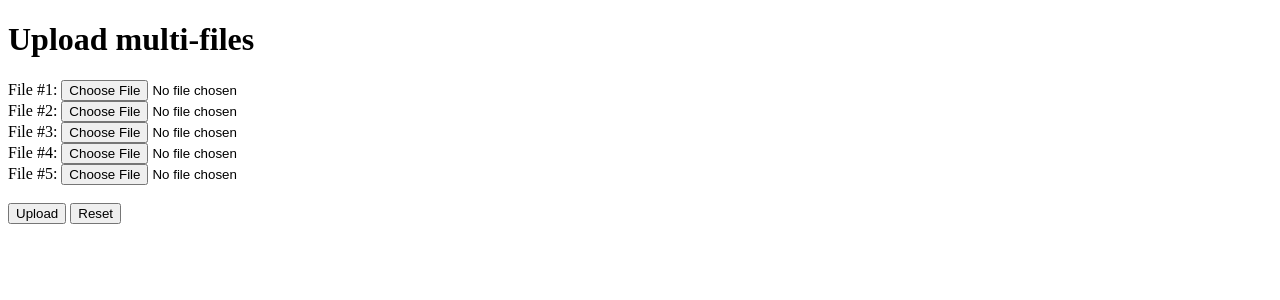
Repository: EchhOpp/Lab-WWW-JAVA-IUH
Page: NguyenThanhLuan_21123021_Tuan02/21123021_NguyenThanhLuan_Tuan02/src/main/webapp/index.html
An editor plug-in stored every save of this project. The page is shown before and after the next save, followed by the edit.
The browser window is 1280 px wide. The pictures show the whole page.

Above is the page before, as saved 2024-08-28 07:20:29.

After the next save:
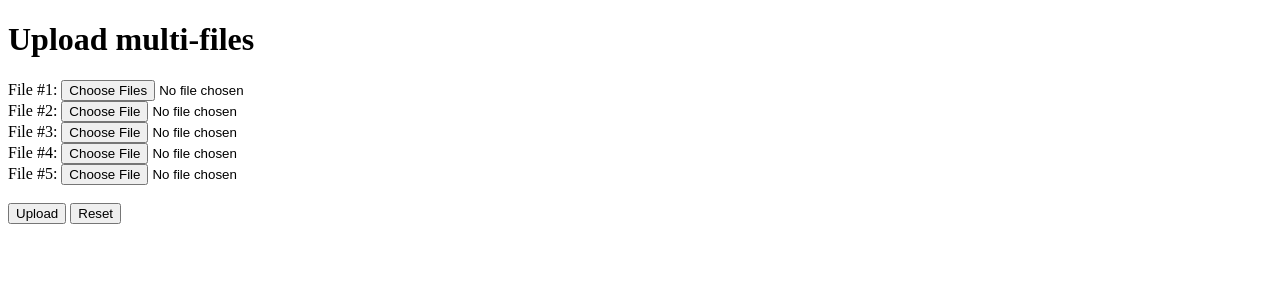
Saved 25 s later.
--- a/NguyenThanhLuan_21123021_Tuan02/21123021_NguyenThanhLuan_Tuan02/src/main/webapp/index.html
+++ b/NguyenThanhLuan_21123021_Tuan02/21123021_NguyenThanhLuan_Tuan02/src/main/webapp/index.html
@@ -13,7 +13,7 @@
 
         <form method="POST" action="fileUpload" enctype="multipart/form-data">
             <label for="file1">File #1:</label>
-            <input type="file" name="file1" id="file1" />
+            <input type="file" name="file1" id="file1" multiple="multiple" />
             <br>
             <label for="file2">File #2:</label>
             <input type="file" name="file2" id="file2" />
